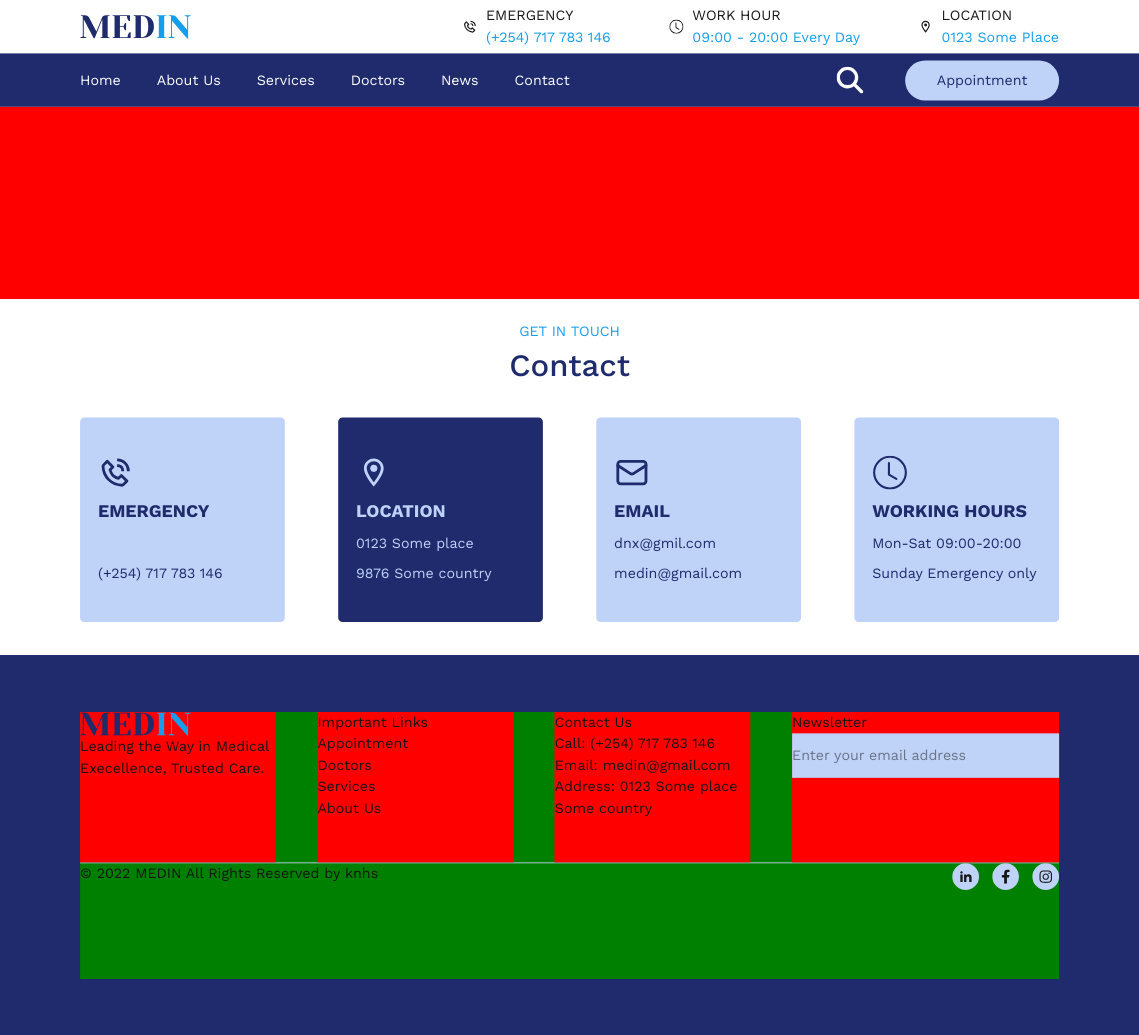
Repository: SynHK3/Poc_Hospital
Page: /appointment (app in fe_hospital/)
These files come from the project's save history. The page is drawn as it stood at one moment and after the next save; the edit follows.
The browser window is 1280 px wide. The pictures show the whole page, at 89% of full size.
The project was rebuilt for these pictures with package versions that can differ from the ones it lists, and the page was loaded fresh each time. The framework's server and built-in components were replaced by stand-ins that run in the browser. Also part of the build but not shown: fe_hospital/next.config.ts.

Above is the page before, as saved 2025-09-02 16:56:58.

After the next save:
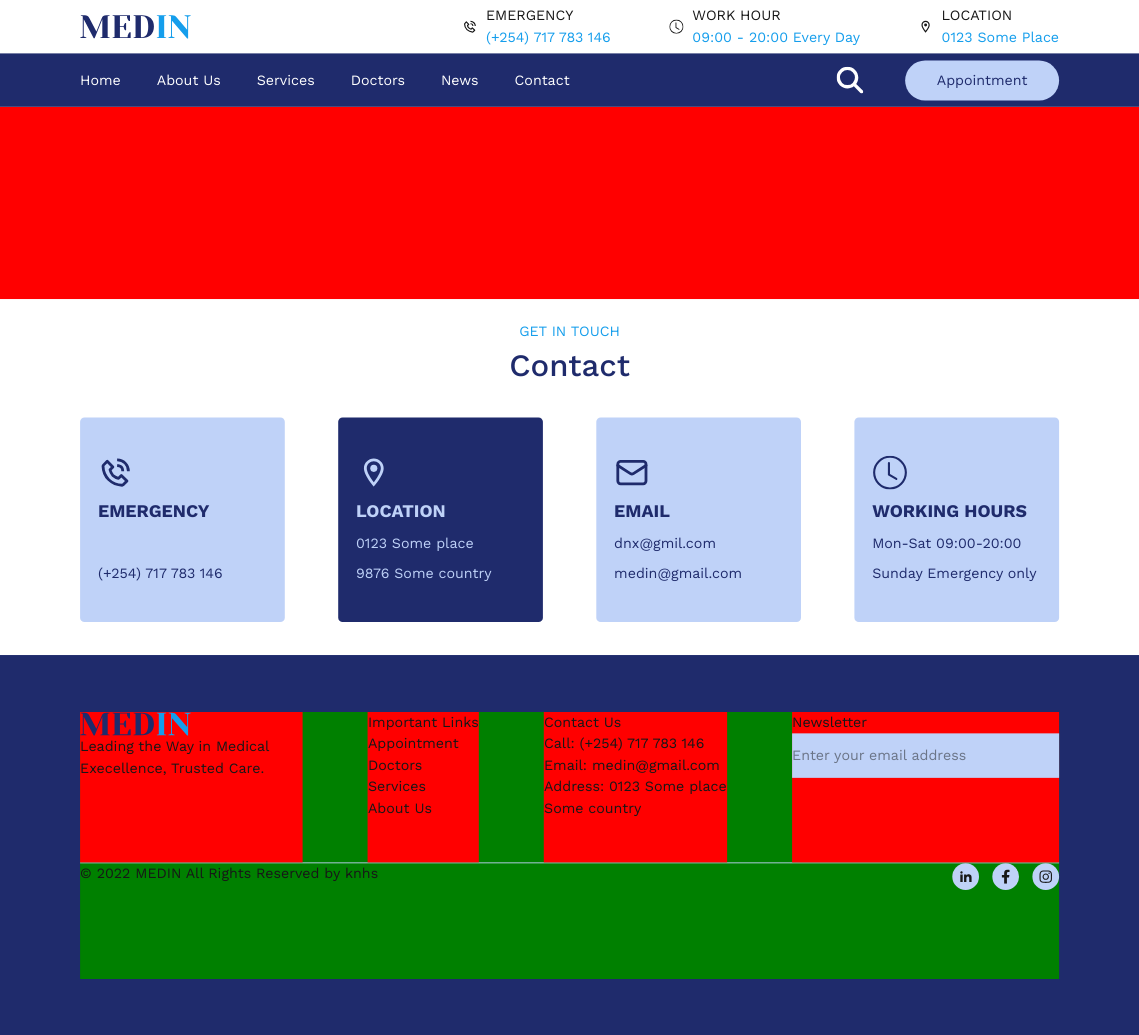
Saved 4 s later.
--- a/fe_hospital/src/components/footer/footer.css
+++ b/fe_hospital/src/components/footer/footer.css
@@ -21,6 +21,7 @@
 }
 
 .list__footer--item > li {
+  d
   width: 220px;
   height: 169px;
   background-color: red;

After the 3 saves that followed:
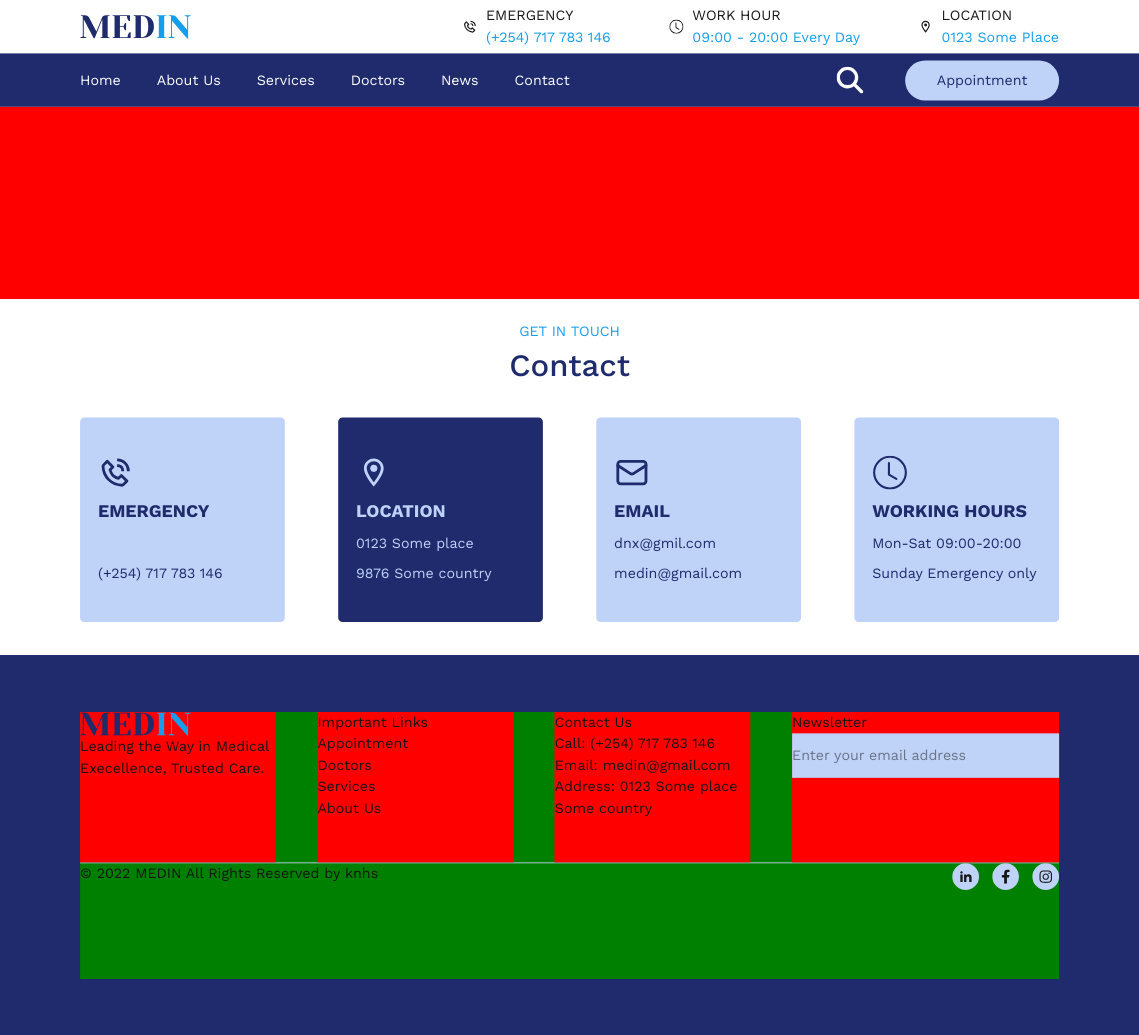
The 3 saves are shown as one change because they came seconds apart.
The last was saved 7 s later.
--- a/fe_hospital/src/components/footer/footer.css
+++ b/fe_hospital/src/components/footer/footer.css
@@ -21,7 +21,8 @@
 }
 
 .list__footer--item > li {
-  d
+  display: flex;
+  flex-direction: column;
   width: 220px;
   height: 169px;
   background-color: red;
